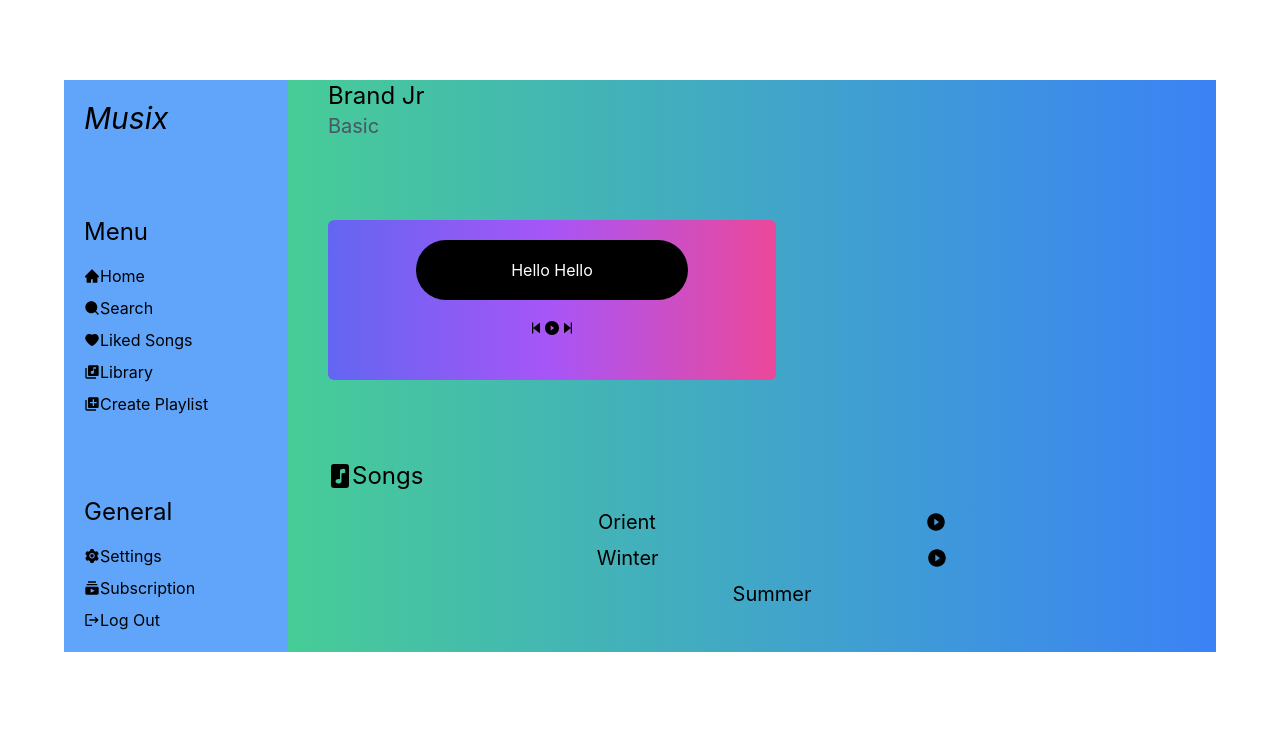
Repository: brandford7/music-player
Page: /
The author's editor kept a copy of each file at every save. The page is drawn from the files as they stood at one save, then again after the next save.
The browser window is 1280 px wide. The pictures show the whole page.
The project was rebuilt for these pictures with package versions that can differ from the ones it lists, and the page was loaded fresh each time. The framework's server and built-in components were replaced by stand-ins that run in the browser. Also part of the build but not shown: next.config.js.

Above is the page before, as saved 2022-11-18 13:02:07.

After the next save:
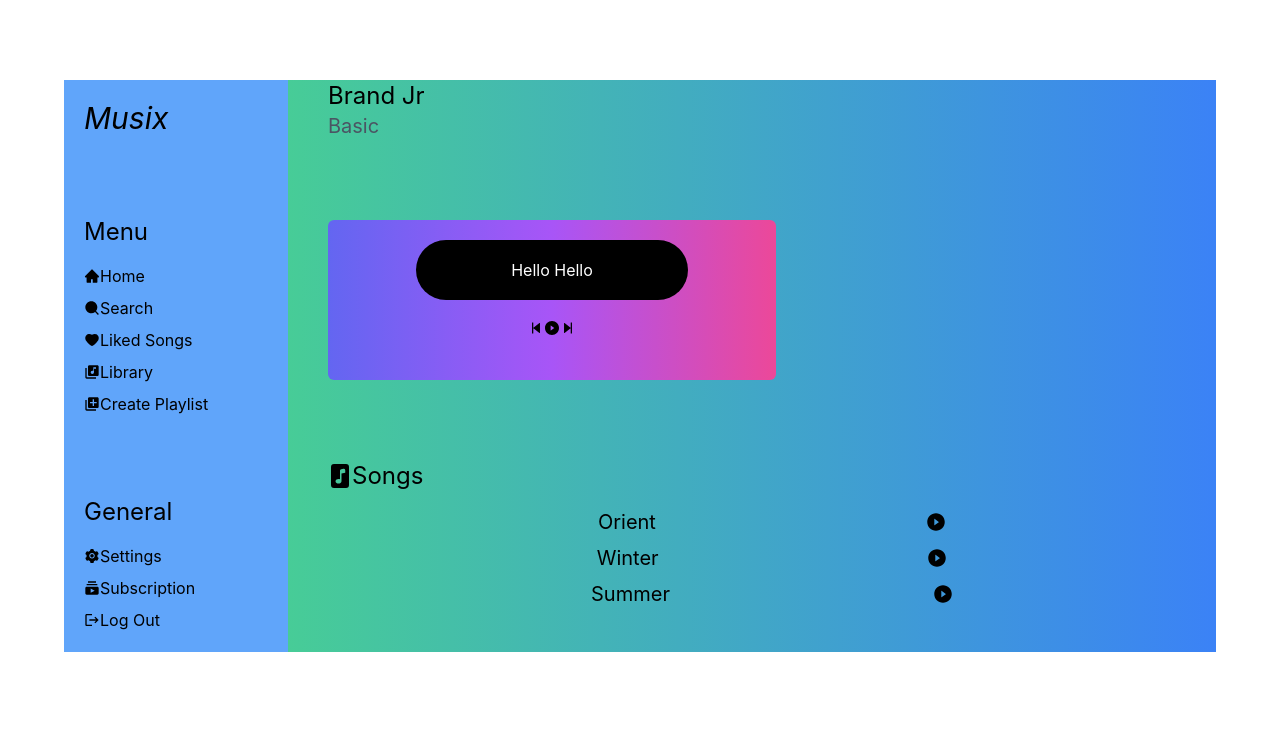
Saved 5 s later.
--- a/components/SongList.jsx
+++ b/components/SongList.jsx
@@ -18,7 +18,9 @@ const SongList = () => {
           <li className="flex items-center justify-evenly ">
             Winter <MusicButton icon={<AiFillPlayCircle />} />
           </li>
-          <li className="flex items-center justify-evenly ">Summer </li>
+          <li className="flex items-center justify-evenly ">
+            Summer <MusicButton icon={<AiFillPlayCircle />} />
+          </li>
         </ul>
       </section>
     </div>
